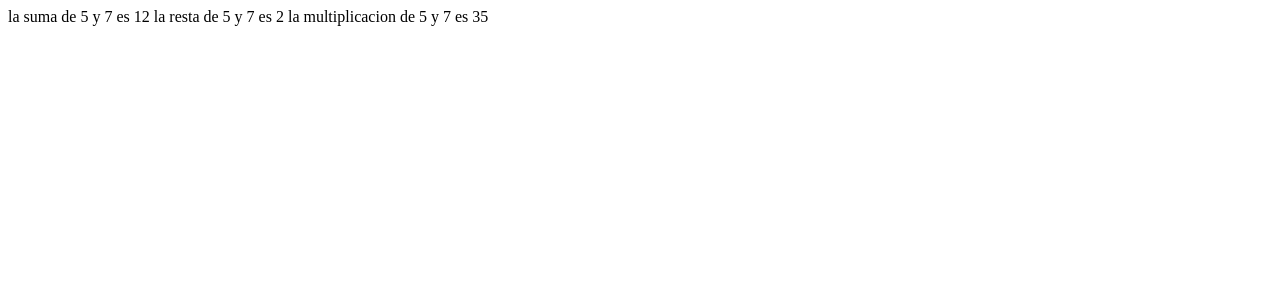
Repository: jchemile/varios
Page: http://localhost/Primeros_pasos_JSP/Calculos.jsp
The author's editor kept a copy of each file at every save. The page is drawn from the files as they stood at one save, then again after a run of saves.
The browser window is 1280 px wide. The pictures show the whole page.
The page is served by Tomcat 9.

Above is the page before, as saved 2020-04-19 17:28:48.

After the next 2 saves:
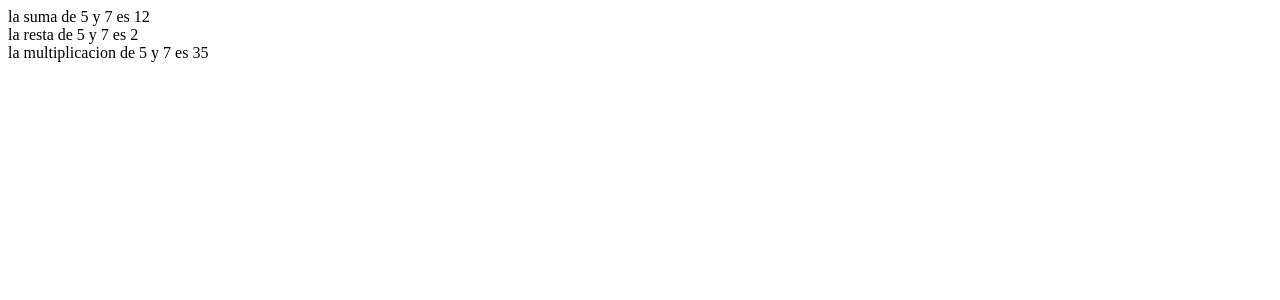
The 2 saves are shown as one change because they came seconds apart.
The last was saved 54 s later.
--- a/pildoras_informaticas/javaee/Primeros_pasos_JSP/WebContent/Calculos.jsp
+++ b/pildoras_informaticas/javaee/Primeros_pasos_JSP/WebContent/Calculos.jsp
@@ -3,7 +3,8 @@
 <body>
 
 la suma de 5 y 7 es <%= Calculos.metodoSuma(7, 5) %>
+<br>
 la resta de 5 y 7 es <%= Calculos.metodoResta(7, 5) %>
+<br>
 la multiplicacion de 5 y 7 es <%= Calculos.metodoMultiplica(7, 5) %>
 </body>
-</html>
